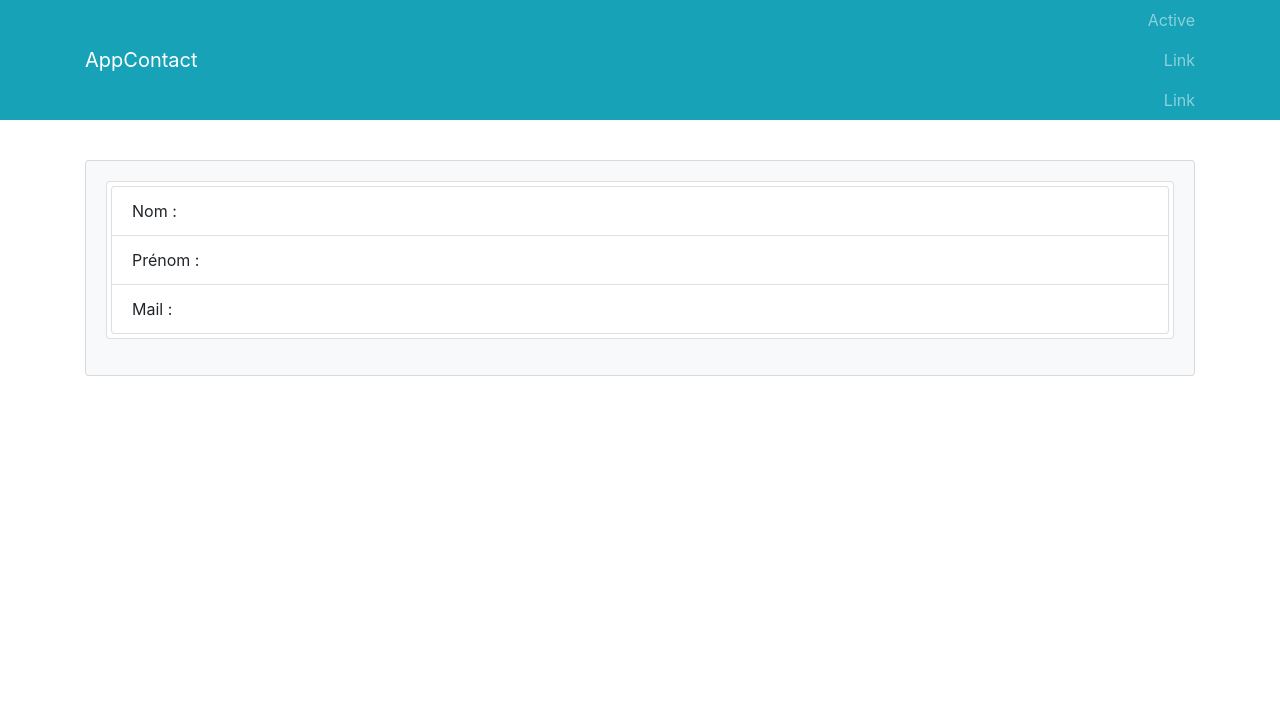
Repository: romgrm/appContact
Page: /
These files come from the project's save history. The page is drawn as it stood at one moment and after a run of saves; the edit follows.
The browser window is 1280 px wide. The pictures show the whole page.
The project was rebuilt for these pictures with package versions that can differ from the ones it lists, and the page was loaded fresh each time.

Above is the page before, as saved 2020-12-02 21:10:32.

After the next 2 saves:
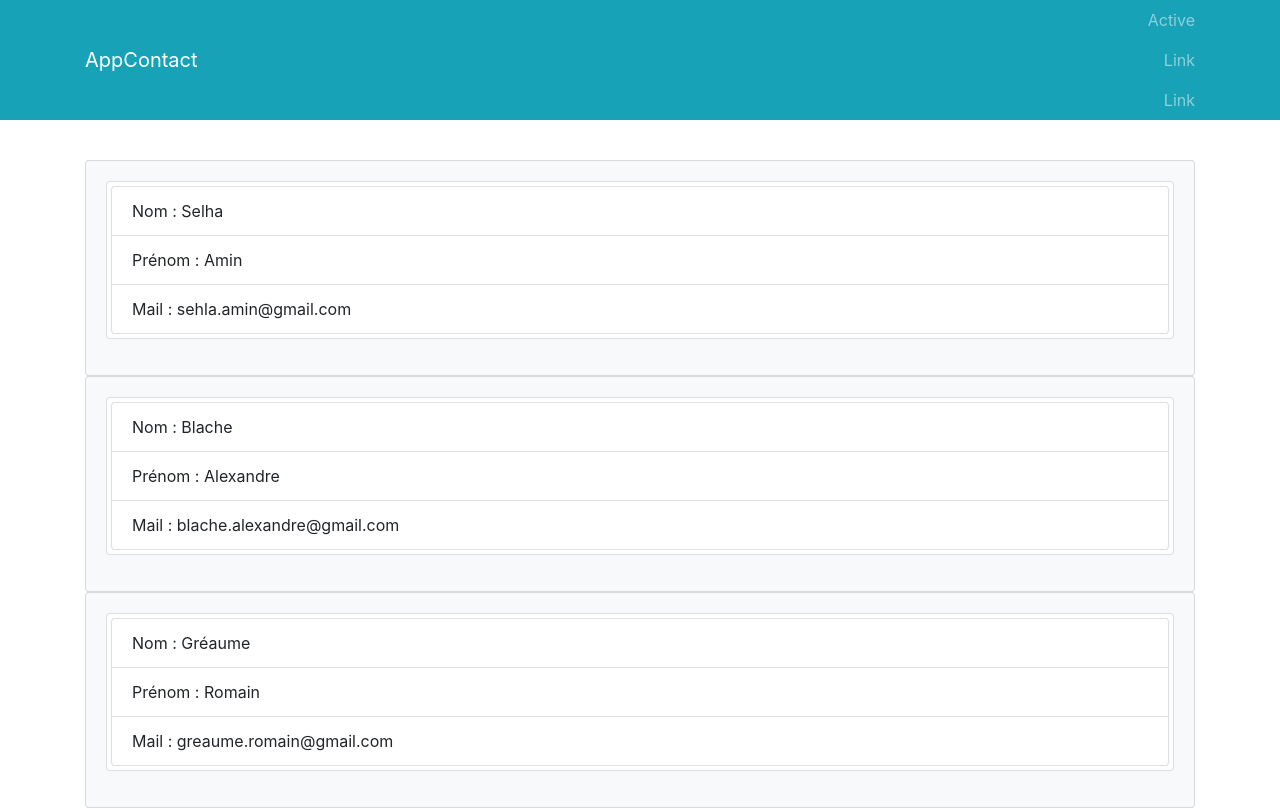
The 2 saves are shown as one change because they came seconds apart.
The last was saved 14 s later.
--- a/src/Components/Liste.js
+++ b/src/Components/Liste.js
@@ -26,13 +26,13 @@ export default class Liste extends Component {
     render() {
         return (
             <div>
-                <Contact />
-                {/* {this.state.contacts.map(current => (
+
+                {this.state.contacts.map(current => (
                     <Contact
                     Nom={current.nom}
                     Prenom={current.prenom}
                     Mail={current.mail}/>
-                ))} */}
+                ))}
             </div>
         )
     }
